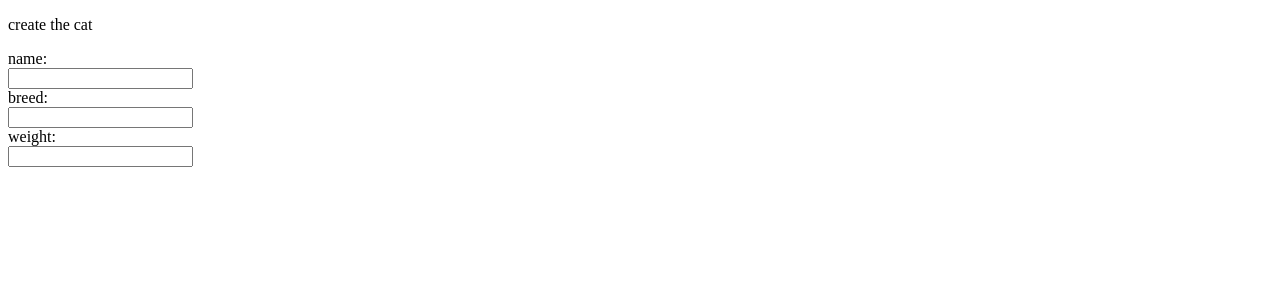
Repository: santsah11/javaStack
Page: http://localhost/ptes/Home
An editor plug-in stored every save of this project. The page is shown before and after the next save, followed by the edit.
The browser window is 1280 px wide. The pictures show the whole page.
The page is served by Tomcat 9. Other server files are loaded and not shown.

Above is the page before, as saved 2018-12-01 01:50:25.

### javaOntheWeb/ptes/WebContent/WEB-INF/index.jsp
<%@ page language="java" contentType="text/html; charset=ISO-8859-1"
	pageEncoding="ISO-8859-1"%>
<!DOCTYPE html>
<html>
<head>
<meta charset="ISO-8859-1">

<title>Insert title here</title>
</head>
<body>
	<div class=container>

		<div>
			<p>create the cat</p>
			<form>
				name:<br> <input type="text" name="firstname"><br>
				breed:<br> <input type="text" name="lastname"> <br>
				weight:<br> <input type="int" name="lastname">


			</form>
		</div>
	</div>
</body>
</html>

### javaOntheWeb/ptes/src/com/codingdojo/controllers/Home.java
package com.codingdojo.controllers;

import java.io.IOException;

import javax.servlet.RequestDispatcher;
import javax.servlet.ServletException;
import javax.servlet.annotation.WebServlet;
import javax.servlet.http.HttpServlet;
import javax.servlet.http.HttpServletRequest;
import javax.servlet.http.HttpServletResponse;

/**
 * Servlet implementation class Home
 */
@WebServlet("/Home")
public class Home extends HttpServlet {
	private static final long serialVersionUID = 1L;

    /**
     * @see HttpServlet#HttpServlet()
     */
    public Home() {
        super();
        // TODO Auto-generated constructor stub
    }

	/**
	 * @see HttpServlet#doGet(HttpServletRequest request, HttpServletResponse response)
	 */
	protected void doGet(HttpServletRequest request, HttpServletResponse response) throws ServletException, IOException {
		// TODO Auto-generated method stub
		response.getWriter().append("Served at: ").append(request.getContextPath());


		RequestDispatcher view  = request.getRequestDispatcher("/WEB-INF/index.jsp");
		view.forward(request, response);


	}

	/**
	 * @see HttpServlet#doPost(HttpServletRequest request, HttpServletResponse response)
	 */
	protected void doPost(HttpServletRequest request, HttpServletResponse response) throws ServletException, IOException {
		// TODO Auto-generated method stub
		doGet(request, response);
	}

}

After the next save:
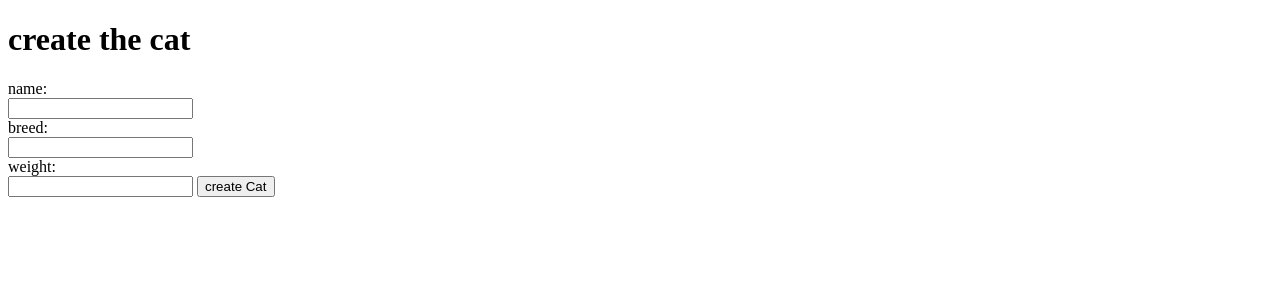
Saved 113 s later.
--- a/javaOntheWeb/ptes/WebContent/WEB-INF/index.jsp
+++ b/javaOntheWeb/ptes/WebContent/WEB-INF/index.jsp
@@ -5,18 +5,18 @@
 <head>
 <meta charset="ISO-8859-1">
 
-<title>Insert title here</title>
+<title>Create Dog / Cat</title>
 </head>
 <body>
 	<div class=container>
 
 		<div>
-			<p>create the cat</p>
+			<h1>create the cat</h1>
 			<form>
 				name:<br> <input type="text" name="firstname"><br>
 				breed:<br> <input type="text" name="lastname"> <br>
 				weight:<br> <input type="int" name="lastname">
-
+				<button>create Cat</button>
 
 			</form>
 		</div>
